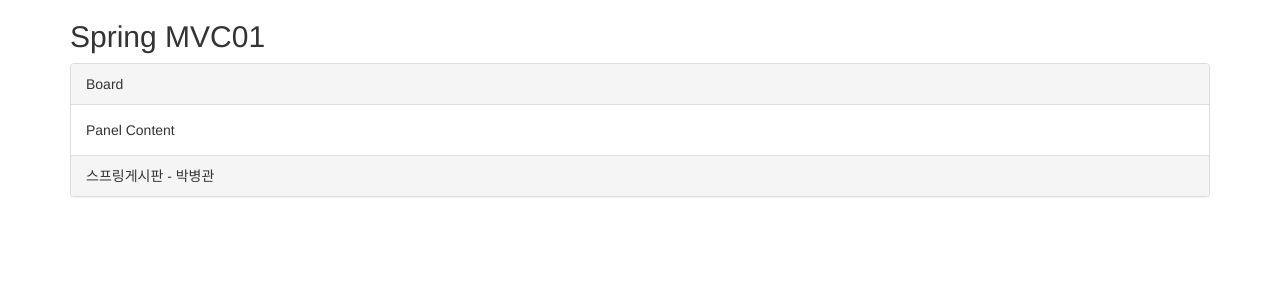
Repository: juhyun98/Spring
Page: http://localhost/SpringMVC01/
These files come from the project's save history. The page is drawn as it stood at one moment and after the next save; the edit follows.
The browser window is 1280 px wide. The pictures show the whole page.
The page is served by Tomcat 9.

Above is the page before, as saved 2023-09-05 01:49:51.

After the next save:
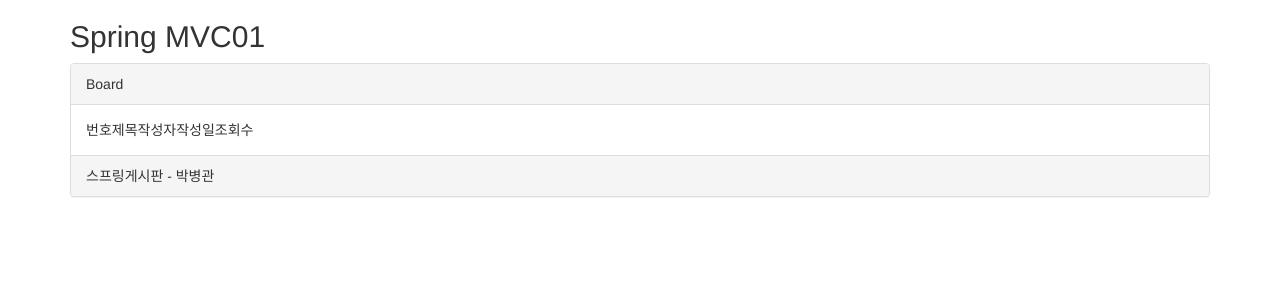
Saved 16 min 22 s later.
--- a/SpringMVC01/src/main/webapp/WEB-INF/views/boardList.jsp
+++ b/SpringMVC01/src/main/webapp/WEB-INF/views/boardList.jsp
@@ -16,7 +16,17 @@
 		<h2>Spring MVC01</h2>
 		<div class="panel panel-default">
 			<div class="panel-heading">Board</div>
-			<div class="panel-body">Panel Content</div>
+			<div class="panel-body">
+				<table>
+					<tr>
+						<td>번호</td>
+						<td>제목</td>
+						<td>작성자</td>
+						<td>작성일</td>
+						<td>조회수</td>
+					</tr>
+				</table>
+			</div>
 			<div class="panel-footer">스프링게시판 - 박병관</div>
 		</div>
 	</div>
